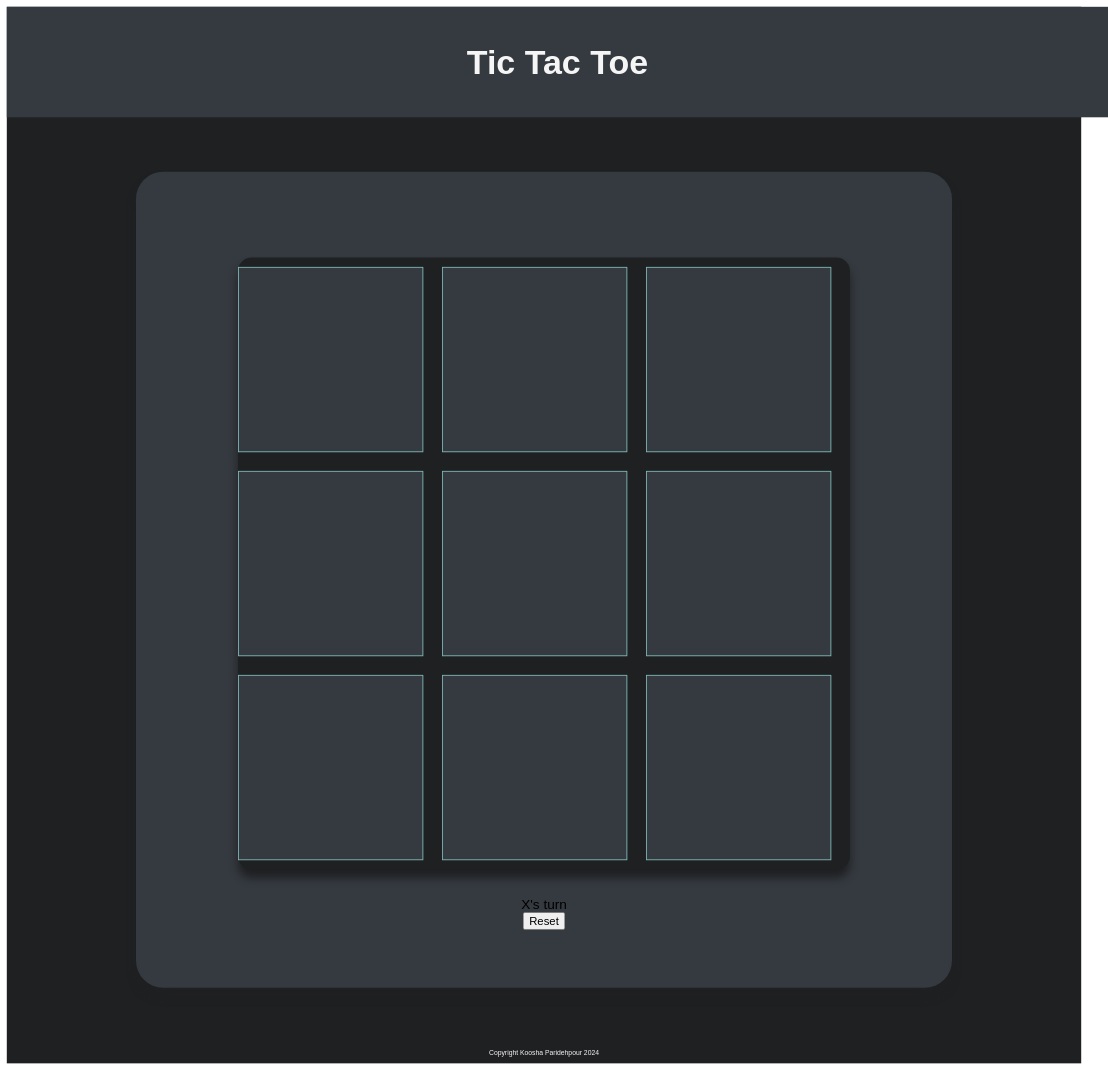
Repository: KooshaPari/odin-TTT
Page: index.html
The author's editor kept a copy of each file at every save. The page is drawn from the files as they stood at one save, then again after the next save.
The browser window is 1280 px wide. The page is 1304 px wide, so the pictures cover 1304 px, including what lies to the right of the window. The pictures show the whole page, at 85% of full size.

Above is the page before, as saved 2024-03-14 22:54:08.

### index.html
<!doctype html>
<html lang="en">
  <head>
    <meta charset="UTF-8" />

    <link rel="stylesheet" href="./style.css" />
    <meta name="viewport" content="width=device-width, initial-scale=1.0" />
    <title>Document</title>
  </head>
  <body>
    <div id="parent">
      <div id="header">
        <h1>Tic Tac Toe</h1>
      </div>
      <div id="body">
        <div id="game">
          <div id="board">
            <div class="square" id="0"></div>
            <div class="square" id="1"></div>
            <div class="square" id="2"></div>
            <div class="square" id="3"></div>
            <div class="square" id="4"></div>
            <div class="square" id="5"></div>
            <div class="square" id="6"></div>
            <div class="square" id="7"></div>
            <div class="square" id="8"></div>
          </div>
          <div id="status">X's turn</div>
          <button id="reset">Reset</button>
        </div>
      </div>
      <div id="footer">
        <p>Copyright Koosha Paridehpour 2024</p>
      </div>
    </div>
  </body>
</html>

### style.css
* {
  font-family: sans-serif;
}
#parent {
  background-color: #1f2022;
  width: 100%;
  height: 100%;
}
#header {
  background-color: #353a40;
  padding: 1.25%;
  width: 100%;
  height: 100%;
}
#header h1 {
  color: #f6f5f5;

  font-size: 2.5em;
}
#footer p {
  color: #f6f5f5;
  font-size: 0.5em;
}

#header,
#footer,
#body {
  display: flex;
  align-items: center;
  justify-content: center;
}
#title {
  color: #f6f5f5;
}
#body {
  flex-direction: column;
}
#game {
  transition: 2.5s ease-in-out;
  display: flex;
  flex-direction: column;
  justify-content: center;
  align-items: center;
  background-color: #353a40;
  border-radius: 2em;
  margin: 5vw;
  box-shadow: 0px 10px 10px #1f2022;
  width: 75vw;
  height: 75vw;
  -webkit-border-radius: 2em;
  -moz-border-radius: 2em;
  -ms-border-radius: 2em;
  -o-border-radius: 2em;
  -webkit-transition: 2.5s ease-in-out;
  -moz-transition: 2.5s ease-in-out;
  -ms-transition: 2.5s ease-in-out;
  -o-transition: 2.5s ease-in-out;
}
#board {
  display: grid;
  grid-template-columns: 1fr 1fr 1fr;
  width: 75%;
  transition: 1s ease-in-out;
  height: 75%;
  background-color: #1f2022;
  border-radius: 1em;
  margin: 2em;
  align-items: center;
  justify-content: center;
  box-shadow: 0px 10px 10px #1f2022;
  -webkit-border-radius: 1em;
  -moz-border-radius: 1em;
  -ms-border-radius: 1em;
  -o-border-radius: 1em;
  -webkit-transition: 1s ease-in-out;
  -moz-transition: 1s ease-in-out;
  -ms-transition: 1s ease-in-out;
  -o-transition: 1s ease-in-out;
}
#board:hover {
  transform: scale(1.025) translate(0, -1em);
  transition: 0.5s ease-in-out;
  -webkit-transform: scale(1.025) translate(0, -1em);
  -moz-transform: scale(1.025) translate(0, -1em);
  -ms-transform: scale(1.025) translate(0, -1em);
  -o-transform: scale(1.025) translate(0, -1em);
  -webkit-transition: 0.5s ease-in-out;
  -moz-transition: 0.5s ease-in-out;
  -ms-transition: 0.5s ease-in-out;
  -o-transition: 0.5s ease-in-out;
}
#game:hover {
  transform: scale(1.05) translate(0, -0.5em);
  transition: 10s ease-in-out;
  -webkit-transform: scale(1.05) translate(0, -0.5em);
  -moz-transform: scale(1.05) translate(0, -0.5em);
  -ms-transform: scale(1.05) translate(0, -0.5em);
  -o-transform: scale(1.05) translate(0, -0.5em);
  -webkit-transition: 10s ease-in-out;
  -moz-transition: 10s ease-in-out;
  -ms-transition: 10s ease-in-out;
  -o-transition: 10s ease-in-out;
}
.square {
  border: 0.1px solid #7ebab5;
  width: 90%;
  height: 90%;
  background-color: #353a40;
}

After the next save:
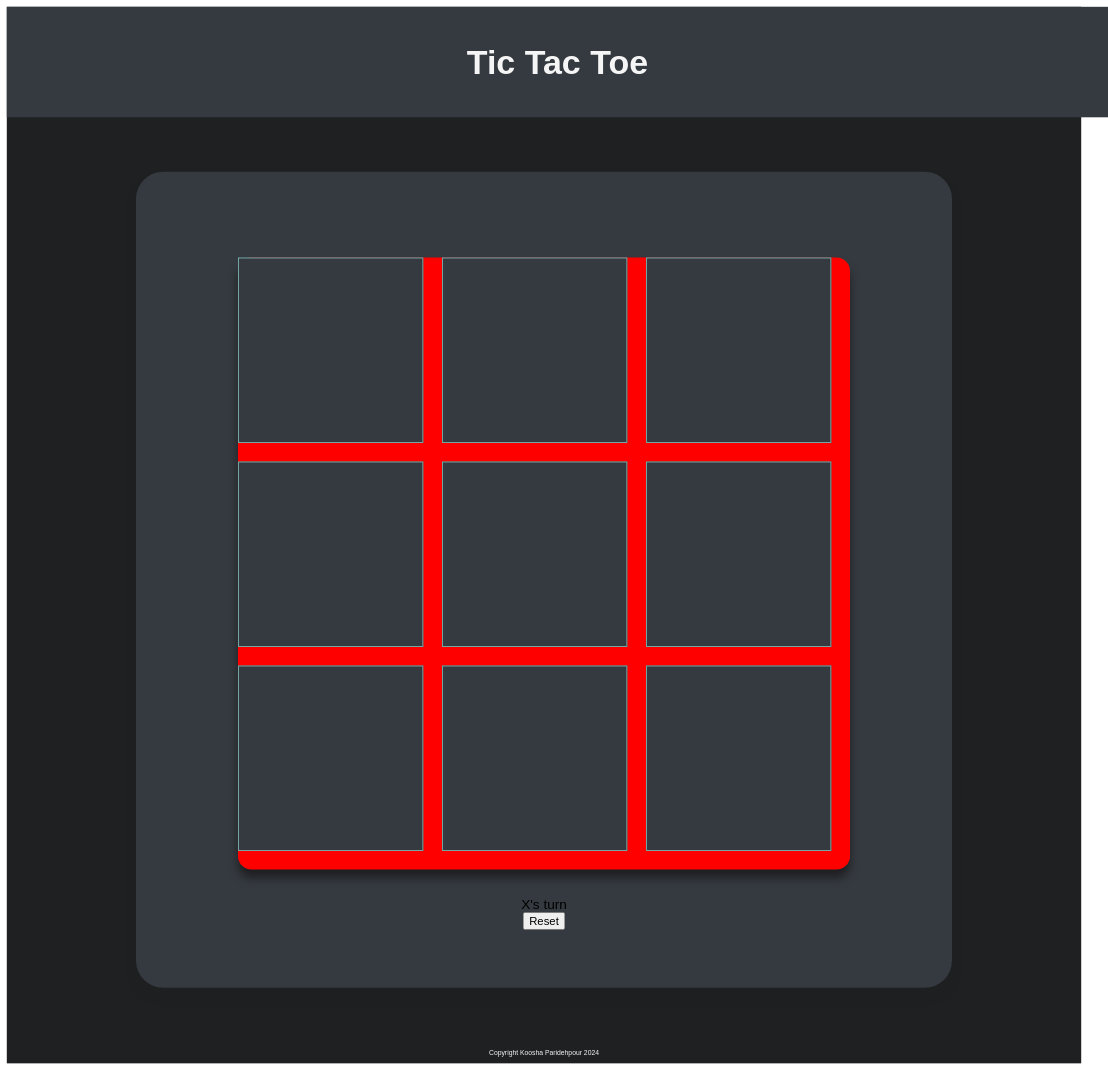
Saved 27 s later.
--- a/style.css
+++ b/style.css
@@ -65,8 +65,7 @@
   background-color: #1f2022;
   border-radius: 1em;
   margin: 2em;
-  align-items: center;
-  justify-content: center;
+  background-color: red;
   box-shadow: 0px 10px 10px #1f2022;
   -webkit-border-radius: 1em;
   -moz-border-radius: 1em;
